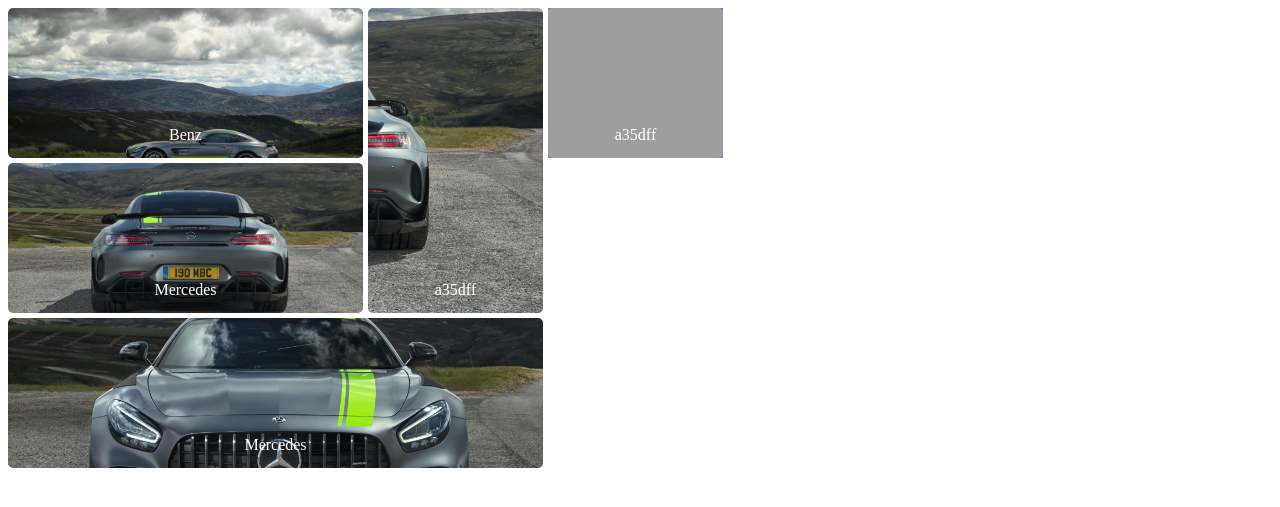
Repository: YoussefElsaygh/metrostyle
Page: index.html
An editor plug-in stored every save of this project. The page is shown before and after the next save, followed by the edit.
The browser window is 1280 px wide. The pictures show the whole page.
Pictures or frames that could not be fetched are drawn as grey boxes.

Above is the page before, as saved 2019-12-16 04:25:58.

### index.html
<!DOCTYPE html>
<html lang="en">
<head>
    <meta charset="UTF-8">
    <meta name="viewport" content="width=device-width, initial-scale=1.0">
    <meta http-equiv="X-UA-Compatible" content="ie=edge">
    <link  type="text/css" rel="stylesheet" href="index.css"/>

    <title>MetroStyle Colors</title>
</head>
<body>
 <div class="wrapper" id="wrapper"></div>
</body>
<script src="index.js"></script>
</html>

### index.css
.wrapper {
    overflow-x: scroll;
    overflow-y: hidden;
    width: 100%;
    display: grid;
    grid-gap: 5px;
    grid-template-columns:repeat(10,175px);
    grid-template-rows:repeat(3, 150px);
  }

### index.js
var scoperows=3;
var scopecols=1;
var scopeimages=[{
    type: 2,
    align:'horizontal',
    data: {
        imageSource:"img/Mercedes/m4.jpg",
        clickCallback: () => {
            console.log("item clicked ");
        },
        text: {
            label: "Mercedes",
            textStyle: {
                color: "white"
            }
        },
    },
},
{
    type: 2,
    align:'horizontal',

    data: {
        imageSource:"../img/Mercedes/m2.jpg",
        clickCallback: () => {
            console.log("item clicked ");
        },
        text: {
            label: "Benz",
            textStyle: {
                color: "White"
            }
        }

    }},{
        type: 3,
        align:'horizontal',

        data: {
            imageSource:"./img/Mercedes/m3.jpg",
            clickCallback: () => {
                console.log("item clicked ");
            },

            text: {
                label: "Mercedes",
                textStyle: {
                    color: "White"
                }
            }

        }},{
            type: 2,
            align:'vertical',

            data: {
                imageSource:"./img/Mercedes/m4.jpg",

                clickCallback: () => {
                    console.log("item clicked ");
                },
                text: {
                    label: "a35dff",
                    textStyle: {
                        color: "White"
                    }
                }

            }}
            ,{
                type: 1,
                align:'horizontal',

                data: {
                    imageSource:"./img/Mercedes/m5",

                    clickCallback: () => {
                        console.log("item clicked ");
                    },
                    backgroundStyle: {
                        backgroundColor: "#a35dff"
                    },
                    text: {
                        label: "a35dff",
                        textStyle: {
                            color: "White"
                        }
                    }

                }}]

                var scopegridView = new Array(scoperows);
                            for (let i = 0; i < scopegridView.length; i++) {
                                scopegridView[i] = new Array(scopecols);
                                for (let j = 0; j < scopegridView[i].length; j++) {
                                    scopegridView[i][j] = 0;
                                }
                            }

                            for (let i = 0; i < scopeimages.length; i++) {
                                draw(scopeimages[i]);
                            }

            function setStyle(elem, propertyObject) {
                for (var property in propertyObject)
                    elem.style[property] = propertyObject[property];
            }

            function populateDataInField({row, col, img, divStyle, imageStyle}) {
                 if(img.align=='horizontal') {
                    for (let i = 0; i < img.type; i++) {
                        scopegridView[row][col + i] = 1;
                    }
                }
                else{
                    for (let i = 0; i < img.type; i++) {
                        scopegridView[row + i][col] = 1;
                    }
                }

                let div = document.createElement("DIV");
                let image = document.createElement("IMG");
                let paragraph = document.createElement("P");

                setStyle(div, divStyle);

                if (img.data) {
                    div.onclick = img.data.clickCallback;
                    setStyle(div, img.data.backgroundStyle);
                    if (img.data.imageSource) {
                        /**
                         * In case of full block image
                         * @type {string}
                         */
                        image.src = img.data.imageSource;
                        image.onerror = function() {
                            if(img.data.imageErrSrc){
                            image.src = img.data.imageErrSrc;
                            }

                        }

                        setStyle(image, {
                            maxWidth: "100%",
                            height: "100%",
                            width: "100%",
                            objectFit: "cover",
                            objectPosition:'100% 20%',
                            borderRadius:"5px"

                        });
                        setStyle(image, imageStyle);
                        div.appendChild(image);
                        if (img.data.text && img.data.text.label) {
                            setStyle(paragraph, {
                                position: "relative",
                                top: "-52px",
                                wordBreak: 'break-word'
                            });
                        }
                    } else {
                        /**
                         * In case of small icon only
                         */
                        if (img.data.icon && img.data.icon.iconSource) {
                            image.src = img.data.icon.iconSource;
                            setStyle(image, {
                                maxWidth: "50%",
                                padding: "10px"
                            });
                            setStyle(image, img.data.icon.iconStyle);
                            div.appendChild(image);
                            if (img.data.text && img.data.text.label) {
                                // setStyle(paragraph, {
                                //   paddingTop: ""
                                // });
                            }
                        }
                    }
                    if (img.data.text) {
                        if (img.data.text.label) {
                            paragraph.innerHTML = img.data.text.label;

                            setStyle(paragraph, {
                                textAlign: "center"
                            });
                            setStyle(paragraph, img.data.text.textStyle);

                            div.appendChild(paragraph);
                        }
                    }
                }
                document.getElementById("wrapper").appendChild(div);
            }

            function compareRowArray(col, row, gridView, type) {
                if (type == 0) {
                    return true;
                } else {
                    return (
                        gridView[row + type - 1][col] == 0 &&
                        compareRowArray(col, row, gridView, type - 1)
                    );
                }
            }

            function compareColArray(col, row, gridView, type) {
                if (type == 0) {
                    return true;
                } else {
                    return (
                        gridView[row][col + type - 1] == 0 &&
                        compareColArray(col, row, gridView, type - 1)
                    );
                }
            }

            function addColumn(var_rows, var_cols, gridView) {
                for (let i = 0; i < scoperows; i++) {
                    gridView[i].push(0);
                }
                scopecols++;
            }

            /**
             * return true in case there is no available row
             * @returns {boolean}
             */
            function rowCheckAvaialble(row, type) {
                return row < scoperows - type + 1;
            }

            /**
             * return true in case there is no available column
             * @returns {boolean}
             */
            function colCheckAvaialble(col, type) {
                return col < scopecols - type + 1;
            }

            function checkAvailableSinglePlace() {
                for (var i = 0; i < scoperows; i++) {
                    for (var j = 0; j < scopecols; j++) {
                        if (scopegridView[i][j] == 0) {
                            return true;
                        }
                    }
                }
                return false;
            }

            function checkAvailableVerticalPlace(type) {
                for (let i = 0; i < scoperows; i++) {
                    for (let j = 0; j < scopecols; j++) {
                        if (i + type - 1 < scoperows)
                            if (compareRowArray(j, i, scopegridView, type)) {
                                return true;
                            }
                    }
                }
                return false;
            }

            function checkAvailableTripleHorizontalPlace(type) {
                for (let i = 0; i < scoperows; i++) {
                    for (let j = 0; j < scopecols; j++) {
                        if (j + type - 1 < scopecols)
                            if (compareColArray(j, i, scopegridView, type)) {
                                return true;
                            }
                    }
                }
                return false;
            }

            function rowPopulation({row, col, img}) {
                populateDataInField({
                    row,
                    col,
                    img,
                    divStyle: {
                        gridColumnStart: col + 1,
                        gridColumnEnd: col + 2,
                        gridRowStart: row + 1,
                        gridRowEnd: row + img.type + 1
                        // borderRadius:'5px'
                    }
                });
            }

            function colPopulation({row, col, img}) {
                populateDataInField({
                    row,
                    col,
                    img,
                    divStyle: {
                        gridColumnStart: col + 1,
                        gridColumnEnd: col + 1 + img.type,
                        gridRowStart: row + 1,
                        gridRowEnd: row + 2
                        // borderRadius:'5px'

                    }
                });
            }

            function draw(img) {
                outer_loop: for (let col = 0; col < scopecols; col++) {
                    for (let row = 0; row < scoperows; row++) {
                        switch (img.align) {
                            case 'vertical':
                                case undefined:

                                if (checkAvailableVerticalPlace(img.type)) {
                                    if (rowCheckAvaialble(row, img.type) && compareRowArray(col, row, scopegridView, img.type)) {
                                        rowPopulation({row, col, img});
                                        break outer_loop;
                                    }

                                } else {
                                    addColumn(scoperows, scopecols, scopegridView);
                                }

                                break;
                            case 'horizontal':
                                if (checkAvailableTripleHorizontalPlace(img.type)) {
                                    if (colCheckAvaialble(col, img.type) && compareColArray(col, row, scopegridView, img.type)) {
                                        colPopulation({row, col, img});
                                        break outer_loop;
                                    }

                                } else {
                                    addColumn(scoperows, scopecols, scopegridView);
                                }
                                break;
                                default:
                                        if (
                                                    scopegridView[row][col] != 0 &&
                                                    !checkAvailableSinglePlace()
                                                ) {
                                                    addColumn(scoperows, scopecols, scopegridView);
                                                    break;
                                                }

                                                if (scopegridView[row][col] == 0) {
                                                    scopegridView[row][col] = 1;
                                                    populateDataInField({
                                                        row,
                                                        col,
                                                        img,
                                                        divStyle: {
                                                            gridColumnStart: col + 1,
                                                            gridColumnEnd: col + 2,
                                                            gridRowStart: row + 1,
                                                            gridRowEnd: row + 2
                                                            // borderRadius:'5px',

                                                        }
                                                    });

                                                    break outer_loop;
                                                }
                                    break;
                        }
                    }
                }
            }

After the next save:
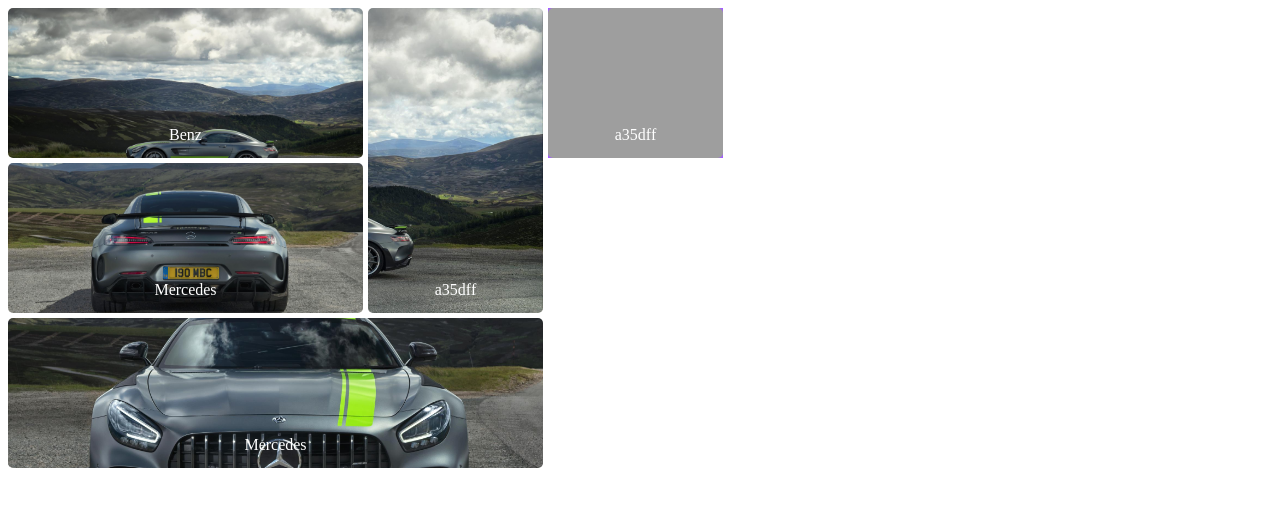
Saved 30 s later.
--- a/index.js
+++ b/index.js
@@ -54,7 +54,7 @@
             align:'vertical',
 
             data: {
-                imageSource:"./img/Mercedes/m4.jpg",
+                imageSource:"./img/Mercedes/m2.jpg",
 
                 clickCallback: () => {
                     console.log("item clicked ");
